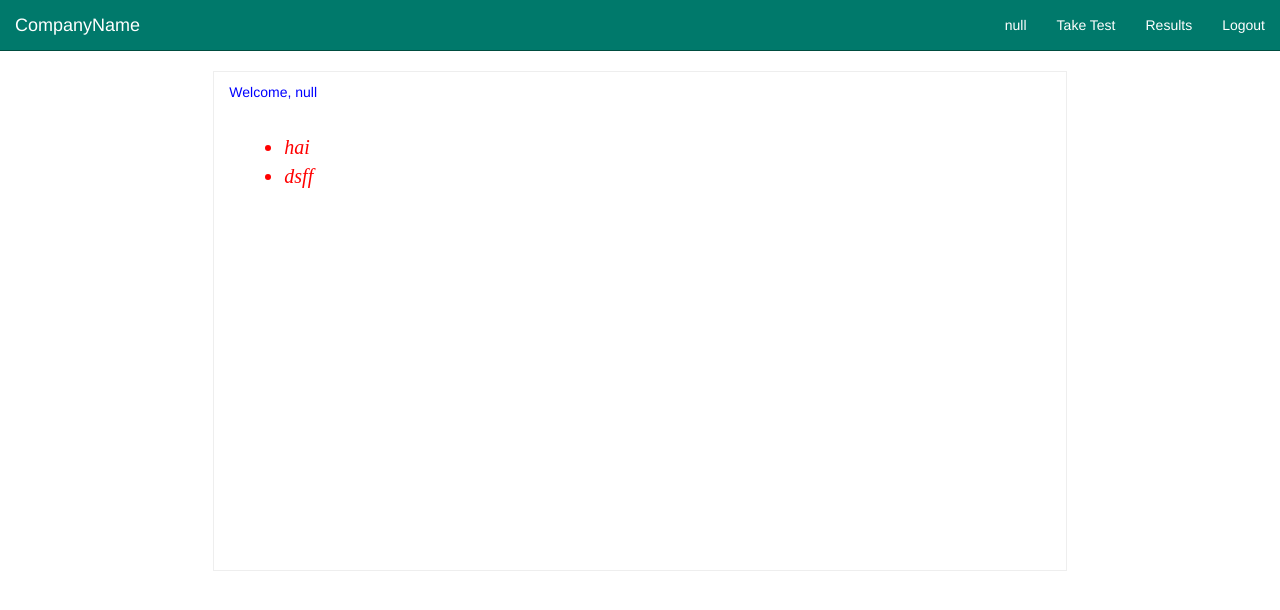
Repository: jayakumar721/projects
Page: http://localhost/TestEngine/dashboard.jsp
An editor plug-in stored every save of this project. The page is shown before and after the next save, followed by the edit.
The browser window is 1280 px wide. The pictures show the whole page.
Some web libraries are served in a nearby version. The page is served by Tomcat 9. Other server files are loaded and not shown.

Above is the page before, as saved 2017-11-28 04:17:11.

### TestEngine/WebContent/dashboard.jsp
<%@ page language="java" contentType="text/html; charset=UTF-8"
	pageEncoding="UTF-8"%>
<!DOCTYPE html PUBLIC "-//W3C//DTD HTML 4.01 Transitional//EN" "http://www.w3.org/TR/html4/loose.dtd">
<html>
<head>
<meta http-equiv="Content-Type" content="text/html; charset=UTF-8">
<title>dashboard</title>
<link rel="stylesheet"
	href="https://maxcdn.bootstrapcdn.com/bootstrap/3.3.7/css/bootstrap.min.css">

<!-- jQuery library -->
<script
	src="https://ajax.googleapis.com/ajax/libs/jquery/3.2.1/jquery.min.js"></script>
<script src="vendor/jquery-validation/dist/jquery.validate.min.js"></script>

<!-- Latest compiled JavaScript -->
<script
	src="https://maxcdn.bootstrapcdn.com/bootstrap/3.3.7/js/bootstrap.min.js"></script>
<style type="text/css">
.navbar-inverse {
	background: #00796B;
	border-bottom-color: #004D40;
}

.navbar-inverse .navbar-nav>li>a, .navbar-inverse .navbar-brand,
	.navbar-inverse .navbar-nav>.dropdown>a .caret {
	color: #fff;
}

.navbar-inverse .navbar-nav>.open>a, .navbar-inverse .navbar-nav>.open>a:hover,
	.navbar-inverse .navbar-nav>.open>a:focus, .navbar-nav>li>.dropdown-menu
	{
	background: #4DB6AC;
}

.nav-pills
>
li
>
a
,
{
color








:









#303F9F








;
}
.nav>li>a:hover, .nav>li>a:focus {
	background-color: #EEEEEE;
}

.right {
	height: 500px;
	border: 1px solid #EEEEEE;
}
</style>
</head>
<body>
	<div>
		<%@ include file="header.jsp"%>
	</div>
	<div class="col-sm-2"></div>
	<div class="right col-sm-8">
		<div style="width: 100%; height: 20px; color: blue; margin-top: 10px">
			Welcome,
			<%=session.getAttribute("name")%></div>
			<div class="col-sm-2"></div>
		<div class="col-sm-6" style="font-family:timesnewroman;font-size:20px;font-style:italic;width: 100%; height: 300px; color: red; margin-top: 30px">
			<ul>
				<li>hai</li>
				<li>dsff</li>
			</ul>
		</div>
	</div>



</body>
</html>

### TestEngine/WebContent/header.jsp
<%@ page language="java" contentType="text/html; charset=UTF-8"
	pageEncoding="UTF-8"%>
<!DOCTYPE html PUBLIC "-//W3C//DTD HTML 4.01 Transitional//EN" "http://www.w3.org/TR/html4/loose.dtd">
<html>
<head>
<meta charset="UTF-8">
<title>Insert title here</title>

<link rel="stylesheet"
	href="https://maxcdn.bootstrapcdn.com/bootstrap/3.3.7/css/bootstrap.min.css">

<!-- jQuery library -->
<script
	src="https://ajax.googleapis.com/ajax/libs/jquery/3.2.1/jquery.min.js"></script>
<script src="vendor/jquery-validation/dist/jquery.validate.min.js"></script>

<!-- Latest compiled JavaScript -->
<script
	src="https://maxcdn.bootstrapcdn.com/bootstrap/3.3.7/js/bootstrap.min.js"></script>
<style type="text/css">
.navbar-inverse {
	background: #00796B;
	border-bottom-color: #004D40;
}

.navbar-inverse .navbar-nav>li>a, .navbar-inverse .navbar-brand,
	.navbar-inverse .navbar-nav>.dropdown>a .caret {
	color: #fff;
}

.navbar-inverse .navbar-nav>.open>a, .navbar-inverse .navbar-nav>.open>a:hover,
	.navbar-inverse .navbar-nav>.open>a:focus, .navbar-nav>li>.dropdown-menu
	{
	background: #4DB6AC;
}

.nav-pills
>
li
>
a
,
{
color
:

#303F9F
;


}
.nav>li>a:hover, .nav>li>a:focus {
	background-color: #EEEEEE;
}
</style>

</head>
<body>
	<div id="top-nav" class="navbar navbar-inverse navbar-static-top">
		<div class="container-fluid">
			<div class="navbar-header">
				<button type="button" class="navbar-toggle" data-toggle="collapse"
					data-target=".navbar-collapse">
					<span class="icon-bar"></span> <span class="icon-bar"></span> <span
						class="icon-bar"></span>
				</button>
				<a class="navbar-brand" href="dashboard.jsp">CompanyName</a>
			</div>
			<div class="navbar-collapse collapse">
				<ul class="nav navbar-nav navbar-right">
					<li><i class="fa fa-user-circle"></i><a><%=session.getAttribute("name")%></a>

					</li>
					<li><a href="Questions" id="taketest"><i
							class="fa fa-dashboard"></i> Take Test</a></li>
					<li><a href="Results" id="result"><i class="fa fa-tags"></i>
							Results</a></li>
					<li><a href="Login.html"><i class="fa fa-sign-out"></i>
							Logout</a></li>
				</ul>
			</div>
		</div>
		<!-- /container -->
	</div>

</body>
</html>

After the next save:
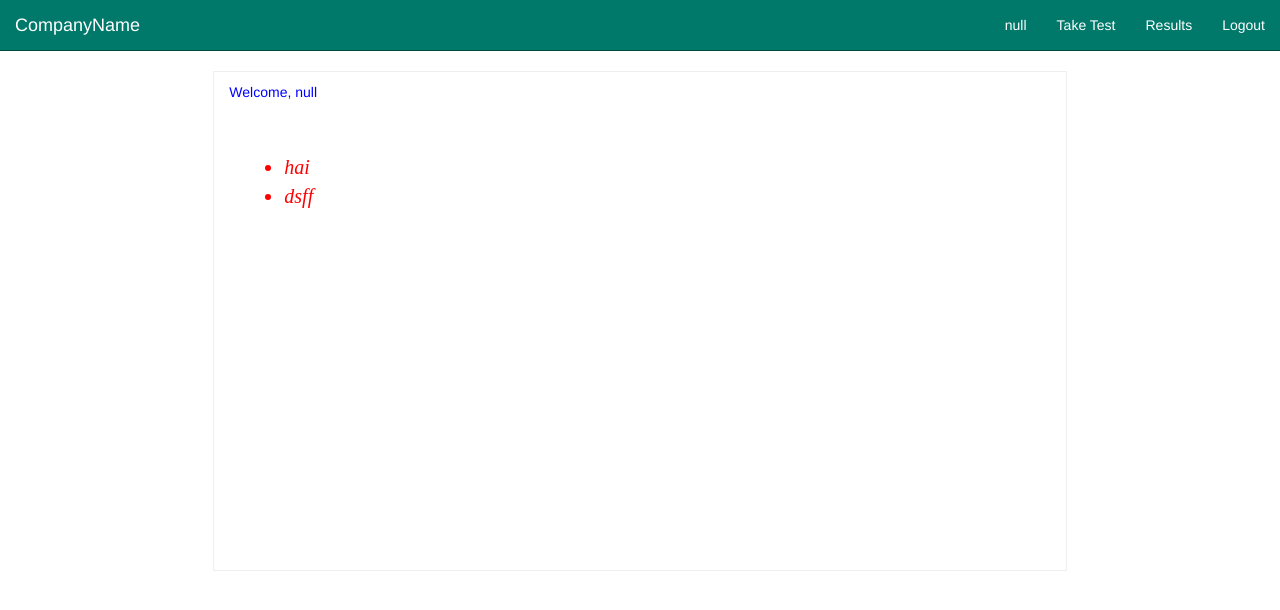
Saved 29 s later.
--- a/TestEngine/WebContent/dashboard.jsp
+++ b/TestEngine/WebContent/dashboard.jsp
@@ -90,7 +90,7 @@ color
 			Welcome,
 			<%=session.getAttribute("name")%></div>
 			<div class="col-sm-2"></div>
-		<div class="col-sm-6" style="font-family:timesnewroman;font-size:20px;font-style:italic;width: 100%; height: 300px; color: red; margin-top: 30px">
+		<div class="col-sm-6" style="font-family:timesnewroman;font-size:20px;font-style:italic;width: 100%; height: 300px; color: red; margin-top: 50px">
 			<ul>
 				<li>hai</li>
 				<li>dsff</li>
